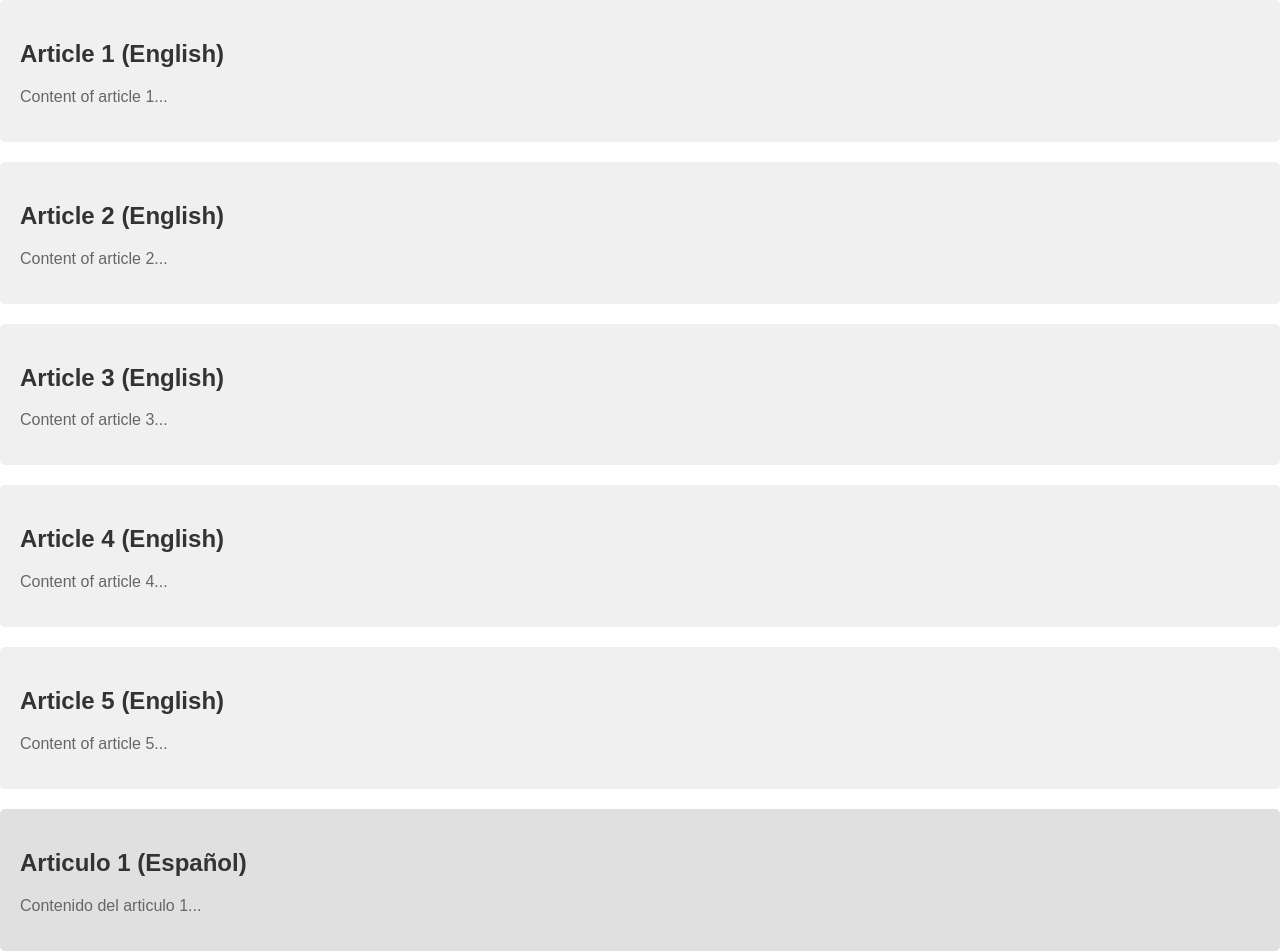
Repository: ByteFros/ramon
Page: ejercicio.html
An editor plug-in stored every save of this project. The page is shown before and after the next save, followed by the edit.
The browser window is 1280 px wide. The pictures show the part of the page from y = 0 to 952 px (the page is 1922 px tall before and 2050 px after).
A picture or video elsewhere on the page could not be fetched, so the positions and the page height are approximate.

Above is the page before, as saved 2024-02-06 18:57:37.

After the next save:
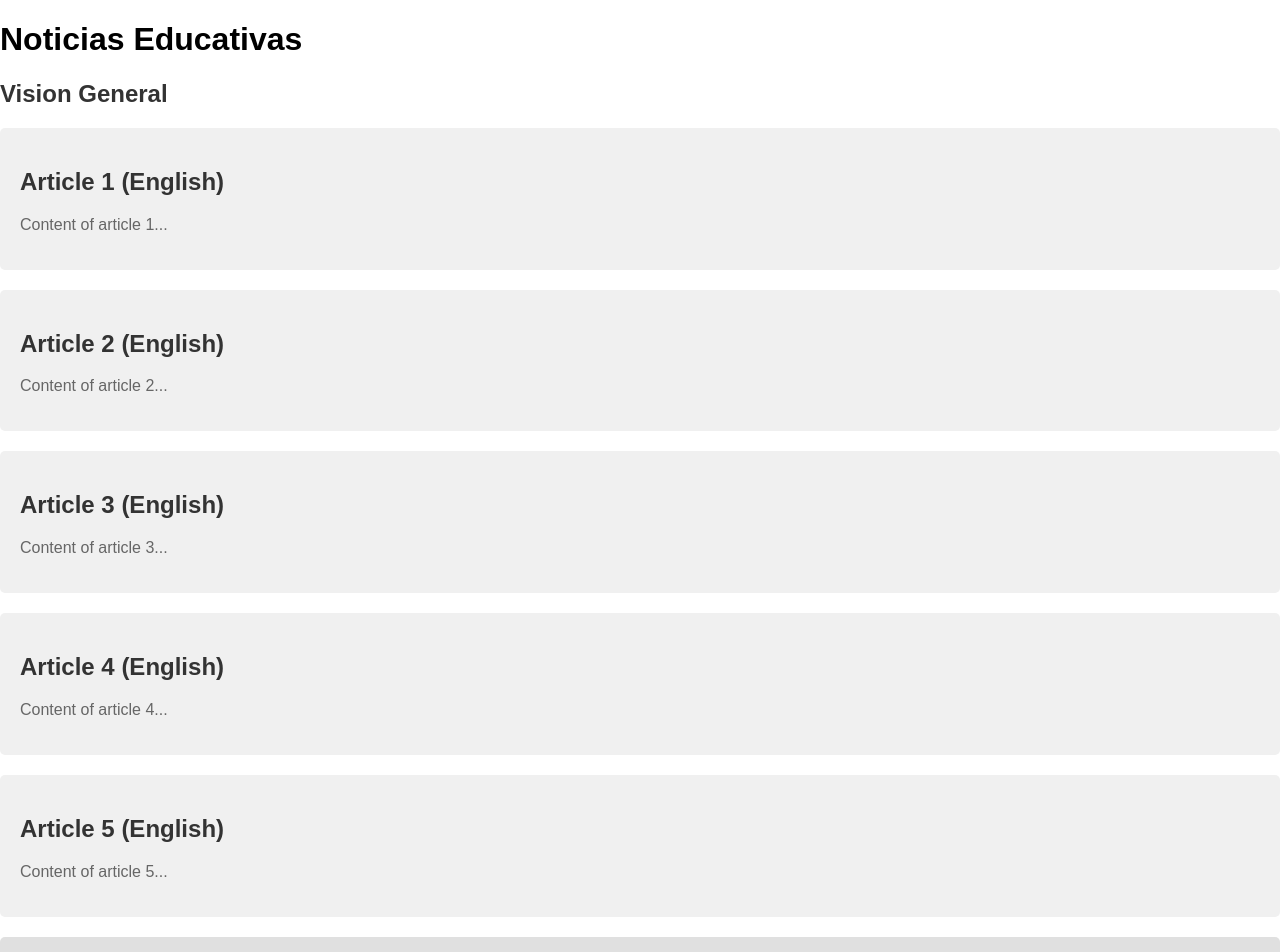
Saved 3 min 3 s later.
--- a/ejercicio.html
+++ b/ejercicio.html
@@ -7,6 +7,9 @@
     <title>Document</title>
 </head>
 <body>
+<h1>Noticias Educativas</h1>
+<h2>Vision General</h2>
+
 <!-- English Articles -->
 <article class="english-article">
     <h2>Article 1 (English)</h2>
